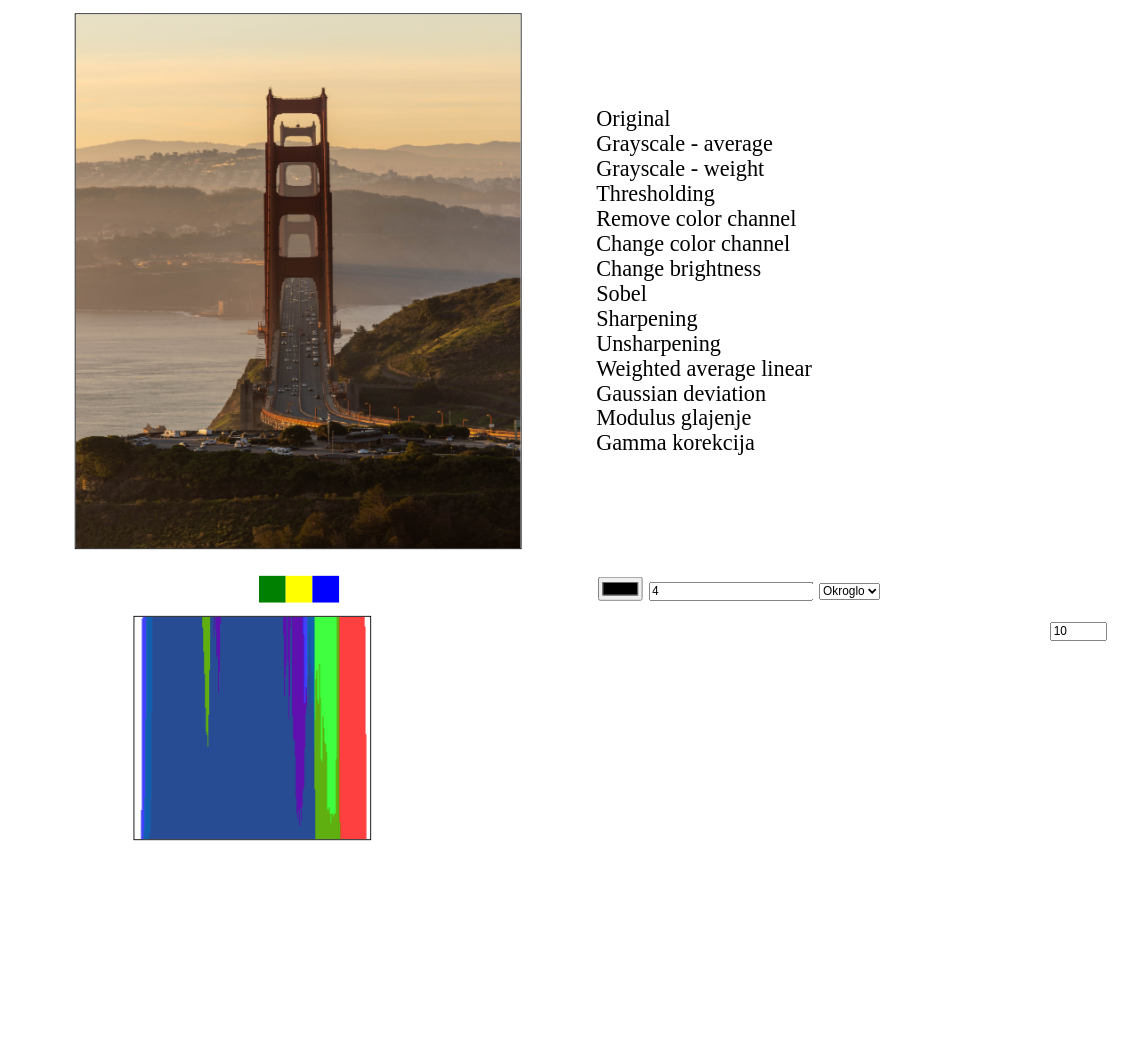
Repository: fussionko/web_photoshop
Page: index.html
The author's editor kept a copy of each file at every save. The page is drawn from the files as they stood at one save, then again after the next save.
The browser window is 1280 px wide. The pictures show the whole page, at 89% of full size.

Above is the page before, as saved 2022-04-28 13:30:34.

### index.html
<!doctype html>
<html lang="en">
    <head>
        <meta charset="utf-8">
        <meta name="viewport" content="width=device-width, initial-scale=1">

        <title>Slike</title>
        <link rel="stylesheet" href="style.css">
    </head>
    <body>
        <div id="container-main">
            <canvas id="main_canvas"></canvas>
            <div id="container-buttons"></div>
            <div id="container-controls"></div>
        </div>
        <div id="container-assist">
            <div id="container-history"><div id="history-back"></div><div id="history-fow"></div><div id="history-reset"></div></div>
            <div id="container-color">
                <input type="color" id="color" value="#000000">
                <input type="number" id="brush-size" step="1" value="4">
                <select id="cap-type">
                    <option value="butt">Butt</option>
                    <option value="round" selected>Okroglo</option>
                    <option value="square">Kvadrat</option>
                </select>
            </div>
        </div>
        <div id="container-histogram">
            <canvas id="main-graph"></canvas>
            <div id="container-graph-data">
                <input type="number" id="basket-num" step="1" max="255" min="1" value="10">
            </div>
        </div>
        <script src="filters.js"></script>
        <script src="draw.js"></script>
        <script src="history.js"></script>
        <script src="graph.js"></script>
        <script src="main.js"></script>
    </body>
</html>

### style.css
html {
    margin: 0;
    width: 100%;
    height: 100%;

    background-color: white !important;
}
body {
    margin: 0;

    display: grid;
    align-items: center;

    font-size: 25px;
    background-color: white !important;
    width: 100%;
    height: 100%;

}

#container-main, #container-assist, #container-historgram {
    margin: 15px 0;
}

#container-main {
    width: 100%;
    display: grid;
    grid-template-columns: auto auto 200px;
    align-items: center;
    justify-content: space-evenly;

}
canvas {

    border: 1px solid black;
}

.button-function {
    border: 1px solid black;
    padding: 5px;
    margin: 5px;;
}

#container-assist {
    display: grid;
    grid-template-columns: auto auto ;
    justify-content: space-evenly;
}

#container-history {
    display: flex;

}

#history-back, #history-fow, #history-reset {
    width: 30px;
    height: 30px;
}

#history-fow {
    background-color: yellow;
}

#history-back {
    background-color: green;
}

#history-reset {
    background-color: blue;
}

#container-histogram {
    display: grid;
    grid-template-columns: 1fr 100px;
    margin-left: 150px;
    margin-bottom: 100px;
    height: 500px;
}

### draw.js
function loadDraw()
{
    document.addEventListener('mousemove', draw);
    document.addEventListener('mousedown', function(e){
        setPosition(e);
        draw(e);
    });
    document.addEventListener('mouseenter', setPosition);
    document.addEventListener('mouseup', function(e){
        if(e.clientX > canvas_x_position + canvas_width || e.clientX < canvas_x_position) return;
        if(e.clientY > canvas_y_position + canvas_height || e.clientY < canvas_y_position) return;
        loadImage(getPixelData());
    });

    document.getElementById("color").addEventListener("change", function(){
        draw_color = this.value;
        console.log(draw_color);
    });

    document.getElementById("brush-size").addEventListener("change", function(){
        brush_size = parseInt(this.value);
        console.log(brush_size);
    });

    document.getElementById("cap-type").addEventListener("change", function(){
        cap_type = this.value;
        console.log(cap_type);
    });
}

let pos = {x:0, y:0}

function setPosition(e)
{
    pos.x = e.clientX - canvas_x_position;
    pos.y = e.clientY - canvas_y_position;
}

let draw_color = "#000000";
let brush_size = 4;
let cap_type = "round";
function draw(e)
{
    if (e.buttons !== 1) return;

    main_ctx.beginPath(); // begin

    main_ctx.lineWidth = brush_size;
    main_ctx.lineCap = cap_type;
    main_ctx.strokeStyle = draw_color;

    main_ctx.moveTo(pos.x, pos.y); // from
    setPosition(e);
    main_ctx.lineTo(pos.x, pos.y); // to

    main_ctx.stroke(); // draw it!


}

function delete_draw(e)
{
    if (e.buttons !== 1) return;

    main_ctx.beginPath(); // begin

    main_ctx.lineWidth = brush_size;
    main_ctx.lineCap = 'round';
    main_ctx.strokeStyle = draw_color;

    main_ctx.moveTo(pos.x, pos.y); // from
    setPosition(e);
    main_ctx.lineTo(pos.x, pos.y); // to

    main_ctx.stroke(); // draw it!
}

### history.js
function loadHistory()
{
    document.getElementById("history-back").addEventListener("click", function(){
        if(moveBackwardHistory() == -1) return;
        loadImageHistory();
    })

    document.getElementById("history-fow").addEventListener("click", function(){
        if(moveFowardHistory() == -1) return;
        loadImageHistory();
    })

    document.getElementById("history-reset").addEventListener("click", function(){
        let draw_image = new ImageData(canvas_width, canvas_height);
        draw_image.data.set(original_img_data);
        history = [draw_image.data];
        currentHistoryIndex = 1;
        current_filter_data["filter"] = "original";
        current_filter_data["index"] = 1;
        current_filter_data["data"] = draw_image.data;
        loadImageHistory();
    })
}

let history = [];
let currentHistoryIndex = 0;
function addToHistory(img_data)
{
    if(checkSame(img_data, history[history.length-1]) == 1) return;
    if(currentHistoryIndex != history.length)
        removeHistoryToIndex();

    history.push(img_data);
    currentHistoryIndex++;
}

function removeHistoryToIndex()
{
    history.splice(currentHistoryIndex, history.length-currentHistoryIndex)
}

function moveFowardHistory()
{
    if(currentHistoryIndex+1 > history.length) return -1;
    currentHistoryIndex++;
    return 1;
}

function moveBackwardHistory()
{
    if(currentHistoryIndex-1 <= 0) return -1;
    currentHistoryIndex--;
    return 1;
}

function getCurrentHistory()
{
    return history[currentHistoryIndex];
}

### graph.js

const graph_width = 265;
const graph_height = 250;

let main_graph;
let graph_ctx;

let normalization_value = 40;
let graph_offset = 5;


function initGraph()
{

    main_graph = document.getElementById("main-graph");
    graph_ctx = main_graph.getContext('2d');
    main_graph.width = graph_width;
    main_graph.height = graph_height;

    document.getElementById("basket-num").addEventListener("change", function(){
        basket_num = parseInt(this.value);
    });

    create_graph()
}

let basket_num = 10;
let basket_size = Math.round(255/basket_num);
const graph_template = {
    "r":{},
    "g":{},
    "b":{}
}
let graph = JSON.parse(JSON.stringify(graph_template));

function create_graph()
{
    // graph = JSON.parse(JSON.stringify(graph_template));
    // for(let i = 1; i <= basket_num; i++)
    // {
    //     graph["r"][basket_size*i] = 0;
    //     graph["g"][basket_size*i] = 0;
    //     graph["b"][basket_size*i] = 0;
    // }
    graph = JSON.parse(JSON.stringify(graph_template));
    for(let i = 0; i <= 255; i++)
    {
        graph["r"][i] = 0;
        graph["g"][i] = 0;
        graph["b"][i] = 0;
    }
}

function count_Pixel(img_data)
{
    let ranges = Object.keys(graph["r"]);
    console.log(ranges);
    // for(let i = 0; i < img_data.length; i+=4)
    // {
    //     for(const key in ranges)
    //         if(img_data[i] < parseInt(ranges[key]))
    //         {
    //             graph["r"][ranges[key]]++;
    //             break;
    //         }
    //     for(const key in ranges)
    //         if(img_data[i+1] < parseInt(ranges[key]))
    //         {
    //             graph["g"][ranges[key]]++;
    //             break;
    //         }
    //     for(const key in ranges)
    //         if(img_data[i+2] < parseInt(ranges[key]))
    //         {
    //             graph["b"][ranges[key]]++;
    //             break;
    //         }
    // }
    console.log(graph);
    for(let i = 0; i < img_data.length; i+=4)
    {

        graph["r"][ranges[img_data[i]]]++;
        graph["g"][ranges[img_data[i+1]]]++;
        graph["b"][ranges[img_data[i+2]]]++;
    }


   // normalizeGraph();
    console.log(graph);
    draw_graph();
}

function normalizeGraph()
{
    console.log(normalization_value);
    for(const c in graph)
        for(const range in graph[c])
            graph[c][range] = Math.round(graph[c][range]/normalization_value);
}

function draw_graph()
{
    graph_ctx.lineWidth = 1;
    console.log(graph);
    for(let range in graph["r"])
    {
        range = parseInt(range);

        graph_ctx.beginPath();
        graph_ctx.moveTo(graph_offset+range, graph_height);
        graph_ctx.strokeStyle = "#FF0000";
        graph_ctx.lineTo(graph_offset+range, graph_height-graph["r"][range]);
        graph_ctx.stroke();
        graph_ctx.closePath();

        graph_ctx.beginPath();
        graph_ctx.moveTo(graph_offset+range, graph_height);
        graph_ctx.strokeStyle = "#00FF00";
        graph_ctx.lineTo(graph_offset+range, graph_height-graph["g"][range]);
        graph_ctx.stroke();
        graph_ctx.closePath();

        graph_ctx.beginPath();
        graph_ctx.moveTo(graph_offset+range, graph_height);
        graph_ctx.strokeStyle = "#0000FF";
        graph_ctx.lineTo(graph_offset+range, graph_height-graph["b"][range]);
        graph_ctx.stroke();
        graph_ctx.closePath();
    }


}

Loaded but not shown: main.js (433 lines, source omitted); filters.js (443 lines, source omitted)

After the next save:
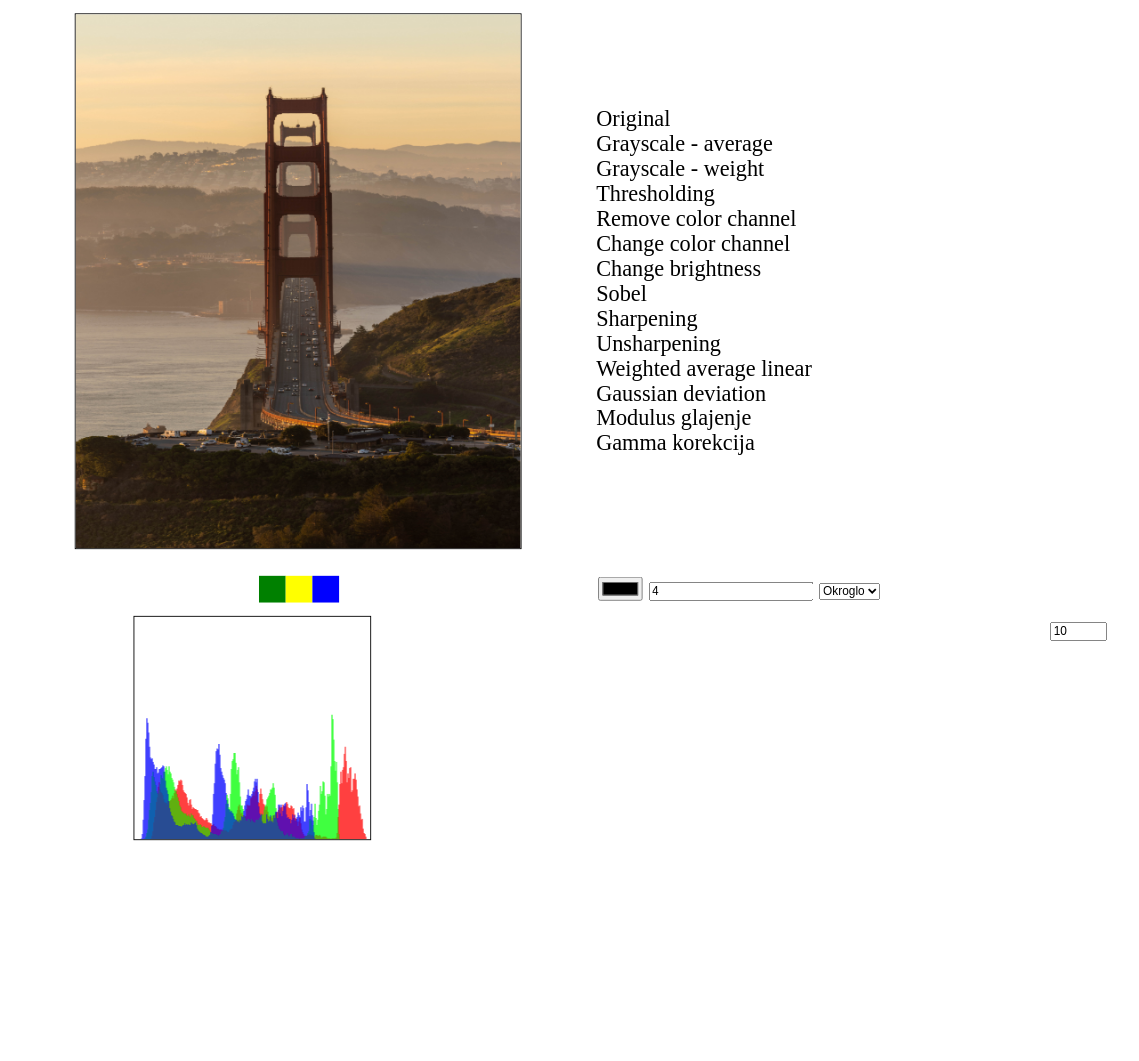
Saved 8 s later.
--- a/graph.js
+++ b/graph.js
@@ -86,7 +86,7 @@ function count_Pixel(img_data)
     }
 
 
-   // normalizeGraph();
+    normalizeGraph();
     console.log(graph);
     draw_graph();
 }
